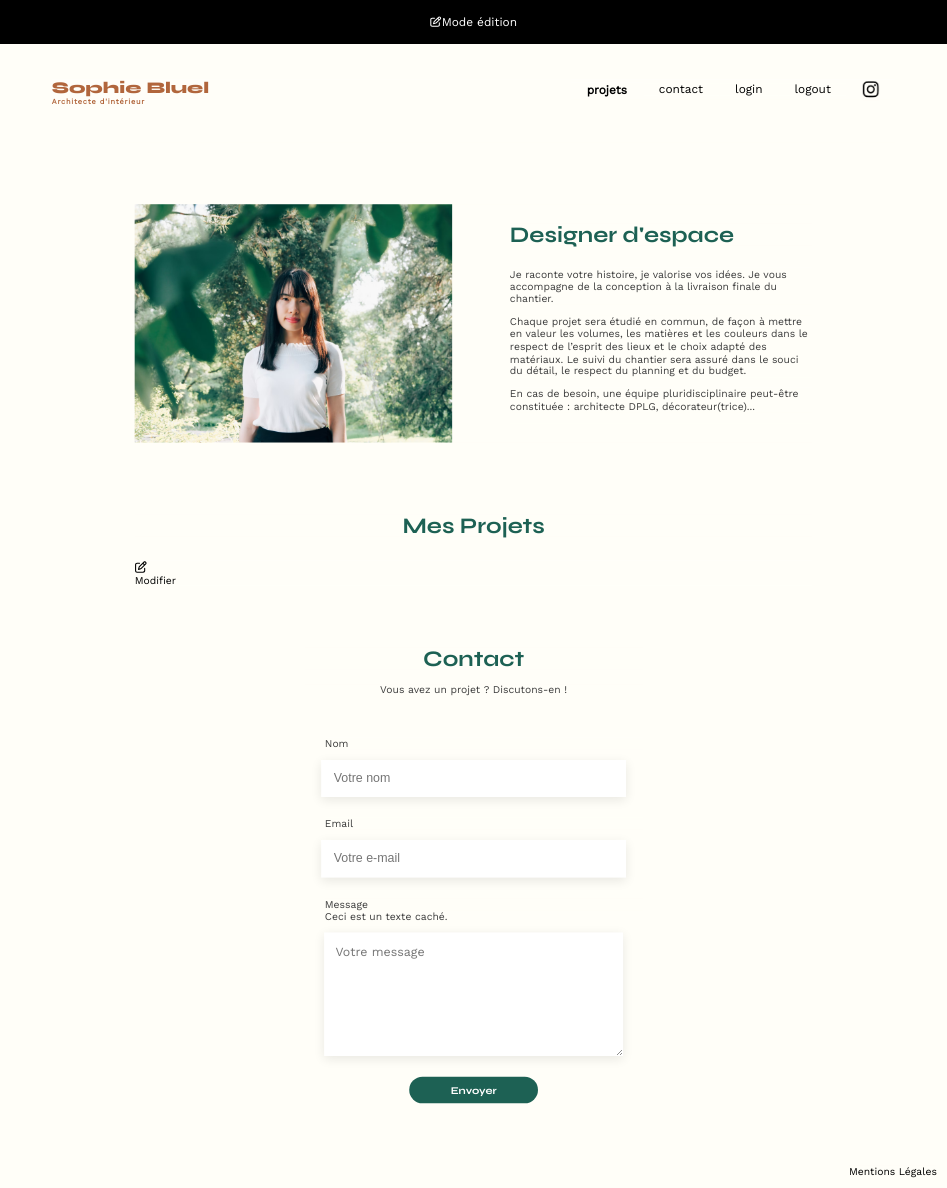
Repository: BlueSoley23/openclassrooms
Page: FrontEnd/index.html
An editor plug-in stored every save of this project. The page is shown before and after the next save, followed by the edit.
The browser window is 1280 px wide. The pictures show the whole page, at 74% of full size.
The page's requests for data from a server got no answer.

Above is the page before, as saved 2023-12-21 04:58:00.
Console error: TypeError: categories is not iterable

After the next save:
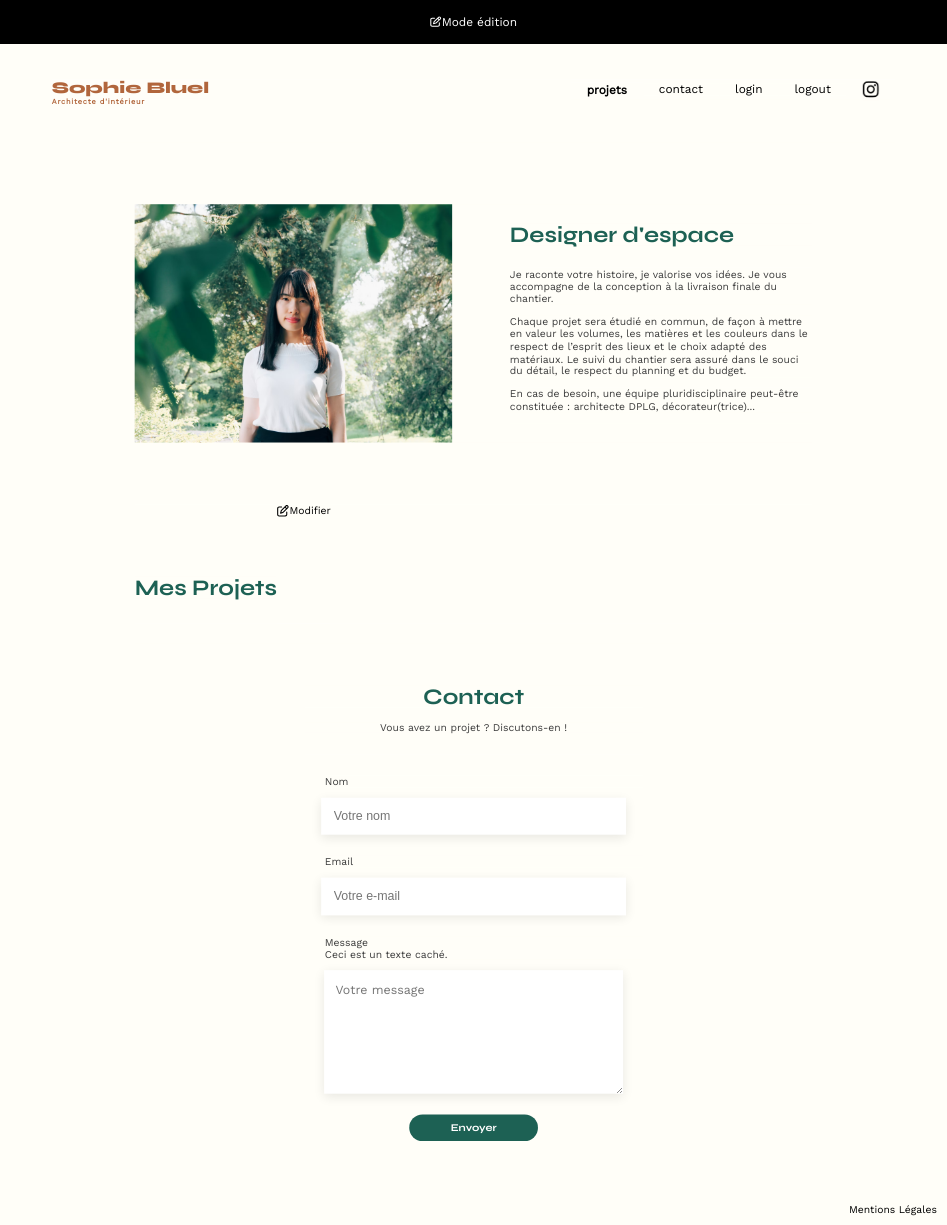
Saved 78 s later.
--- a/FrontEnd/assets/css/style.css
+++ b/FrontEnd/assets/css/style.css
@@ -576,3 +576,13 @@
 	  .modifier-link__content--icon {
 		color: #000;
 	  }
+
+	  .portfolio__section {
+		display: flex;
+		flex-direction: row;
+	  }
+
+	  .modifier-link__content {
+		display: flex;
+		flex-direction: row;
+	  }
